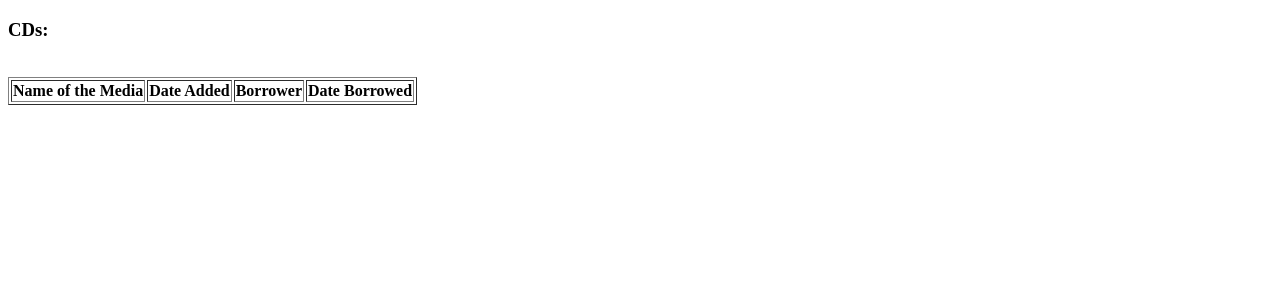
Repository: sjayach/CS320
Page: http://localhost/Practise/DisplayMedia
An editor plug-in stored every save of this project. The page is shown before and after the next save, followed by the edit.
The browser window is 1280 px wide. The pictures show the whole page.
The page is served by Tomcat 9. Other server files are loaded and not shown. Queries for data that is not in the repository find no rows.

Above is the page before, as saved 2015-06-11 18:27:46.

### Practise/WebContent/WEB-INF/MediaDisplay.jsp
<%@ page language="java" contentType="text/html; charset=ISO-8859-1"
    pageEncoding="ISO-8859-1"%>
    <%@ taglib prefix="c" uri="http://java.sun.com/jsp/jstl/core" %>
<!DOCTYPE html PUBLIC "-//W3C//DTD HTML 4.01 Transitional//EN" "http://www.w3.org/TR/html4/loose.dtd">
<html>
<head>
<meta http-equiv="Content-Type" content="text/html; charset=ISO-8859-1">
<title>Insert title here</title>
</head>
<body>
<h3>CDs:</h3><br />
<table border="1">
	<tr>
		<th>Name of the Media</th>
		<th>Date Added</th>
		<th>Borrower</th>
		<th>Date Borrowed</th>
	</tr>
	<c:forEach items="${ medialist}" var="media">
		<c:if test="${media.types == 'CD' }">
		<tr>

			<td>${media.namemedia}</td>
			<td>${media.addDate}</td>
			<c:choose>
				<c:when test="${not empty media.borrowed}">
					<td>${media.borrowed}</td>
					<td>${media.lentDate }
				</c:when>
				<c:otherwise>
					<td><a href ="LendPage?id=${media.id}">Lend</a></td>
					<td></td>
				</c:otherwise>
			</c:choose>
		</tr>
	</c:if>
	</c:forEach>

</table>


</body>
</html>

### Practise/src/mediaStore/DisplayMedia.java
package mediaStore;

import java.io.IOException;
import java.sql.Connection;
import java.sql.Date;
import java.sql.Driver;
import java.sql.DriverManager;
import java.sql.ResultSet;
import java.sql.Statement;
import java.sql.Timestamp;
import java.util.ArrayList;
import java.util.List;

import javax.servlet.ServletContext;
import javax.servlet.ServletException;
import javax.servlet.annotation.WebServlet;
import javax.servlet.http.HttpServlet;
import javax.servlet.http.HttpServletRequest;
import javax.servlet.http.HttpServletResponse;

/**
 * Servlet implementation class DisplayMedia
 */
@WebServlet("/DisplayMedia")
public class DisplayMedia extends HttpServlet {
	private static final long serialVersionUID = 1L;

	protected void doGet(HttpServletRequest request, HttpServletResponse response) throws ServletException, IOException {

		ServletContext context = this.getServletContext();
		String host = "cs3.calstatela.edu";
		String port = "3306";
		String dbName = "cs320stu47";
		String username = "cs320stu47";
		String password = "..7qX4#g";

		String url = "jdbc:mysql://" + host + ":" + port + "/" + dbName;

		try{
			// Dynamically include the MySQL Driver
			Class.forName("org.gjt.mm.mysql.Driver").newInstance();

			// Instantiate the Driver
			Driver driver = new org.gjt.mm.mysql.Driver();

			// Connect to the Database
			Connection connection =
					DriverManager.getConnection(url, username, password);

			// Create a Statement
			Statement statement = connection.createStatement();
			String query ="SELECT * FROM Media";
			List<MediaBean> mediaList = new ArrayList<MediaBean>();
			ResultSet rs = statement.executeQuery(query);
			while(rs.next()) {
				int id = rs.getInt("id");
				String type = rs.getString("type");
				String namemedia = rs.getString("nameMedia");
				Timestamp addDate = rs.getTimestamp("addDate");
				boolean isloan = rs.getBoolean("isLoan");
				String lentdate= rs.getString("lentDate");
				String borrowed = rs.getString("Borrowed");
				mediaList.add(new MediaBean(id, type,namemedia,addDate,isloan,lentdate,borrowed));
				System.out.println("type" +type + "Name" +namemedia+ "date" + addDate);
			}

			request.setAttribute("medialist", mediaList);
			context.setAttribute("MediContext", mediaList);
			request.getRequestDispatcher("/WEB-INF/MediaDisplay.jsp").forward(request,response);
		} catch(Exception e) {}
	}


	protected void doPost(HttpServletRequest request, HttpServletResponse response) throws ServletException, IOException {
		doGet(request,response);
	}

}

After the next save:
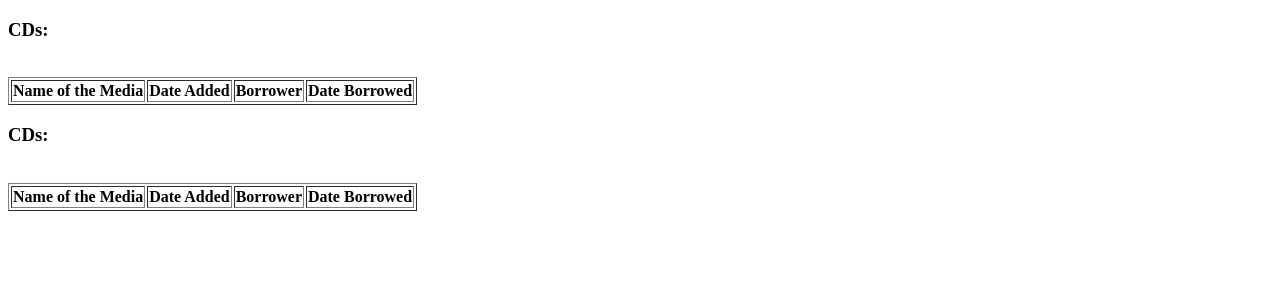
Saved 30 s later.
--- a/Practise/WebContent/WEB-INF/MediaDisplay.jsp
+++ b/Practise/WebContent/WEB-INF/MediaDisplay.jsp
@@ -39,5 +39,39 @@
 </table>
 
 
+
+
+
+<h3>CDs:</h3><br />
+<table border="1">
+	<tr>
+		<th>Name of the Media</th>
+		<th>Date Added</th>
+		<th>Borrower</th>
+		<th>Date Borrowed</th>
+	</tr>
+	<c:forEach items="${ medialist}" var="media">
+		<c:if test="${media.types == 'DVD' }">
+		<tr>
+
+			<td>${media.namemedia}</td>
+			<td>${media.addDate}</td>
+			<c:choose>
+				<c:when test="${not empty media.borrowed}">
+					<td>${media.borrowed}</td>
+					<td>${media.lentDate }
+				</c:when>
+				<c:otherwise>
+					<td><a href ="LendPage?id=${media.id}">Lend</a></td>
+					<td></td>
+				</c:otherwise>
+			</c:choose>
+		</tr>
+	</c:if>
+	</c:forEach>
+
+</table>
+
+
 </body>
 </html>
